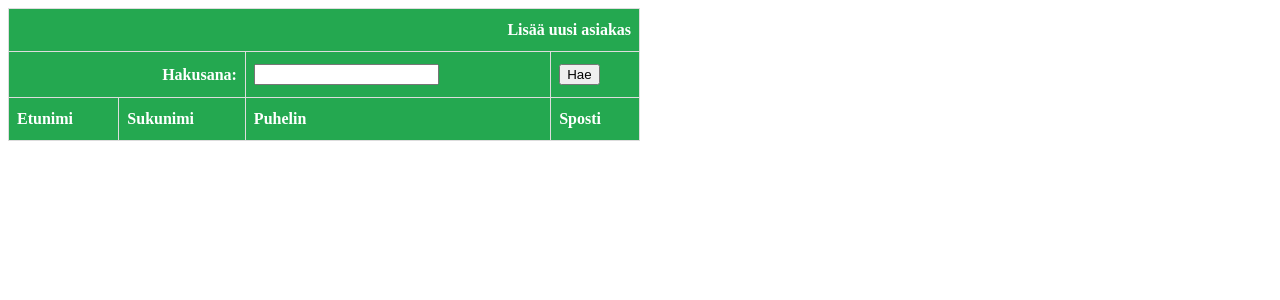
Repository: Lateh13/Asiakkaat
Page: http://localhost/Asiakkaat/listaaasiakkaat.jsp
An editor plug-in stored every save of this project. The page is shown before and after the next save, followed by the edit.
The browser window is 1280 px wide. The pictures show the whole page.
The page is served by Tomcat 9. Queries for data that is not in the repository find no rows.

Above is the page before, as saved 2020-04-29 16:03:30.

After the next save:
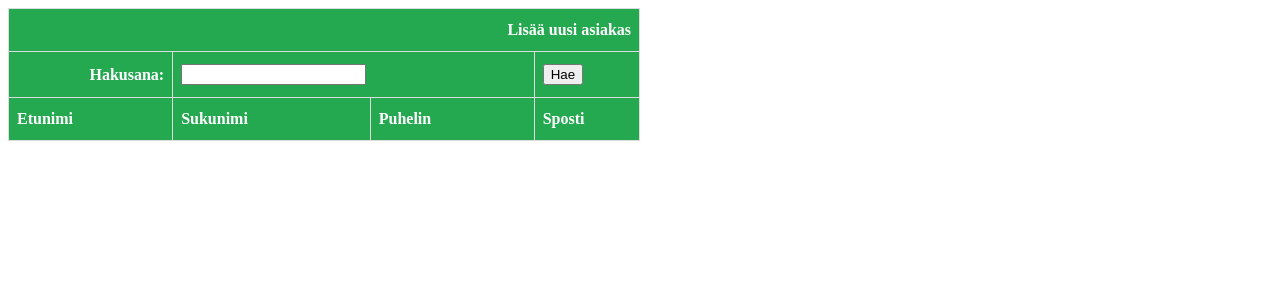
Saved 2 min 34 s later.
--- a/Asiakkaat/WebContent/listaaasiakkaat.jsp
+++ b/Asiakkaat/WebContent/listaaasiakkaat.jsp
@@ -15,8 +15,8 @@
 			<th colspan="4" class="oikealle"><span id="uusiAsiakas">Lisää uusi asiakas</span></th>
 		</tr>
 		<tr>
-			<th class="oikealle" colspan="2">Hakusana:</th>
-			<th><input type="text" name="haku" id="haettava" size="20"></th>
+			<th class="oikealle">Hakusana:</th>
+			<th colspan="2"><input type="text" name="haku" id="haettava" size="20"></th>
 			<th><input type="submit" value="Hae" id="hakunappi"></th>
 		</tr>
   		<tr>
